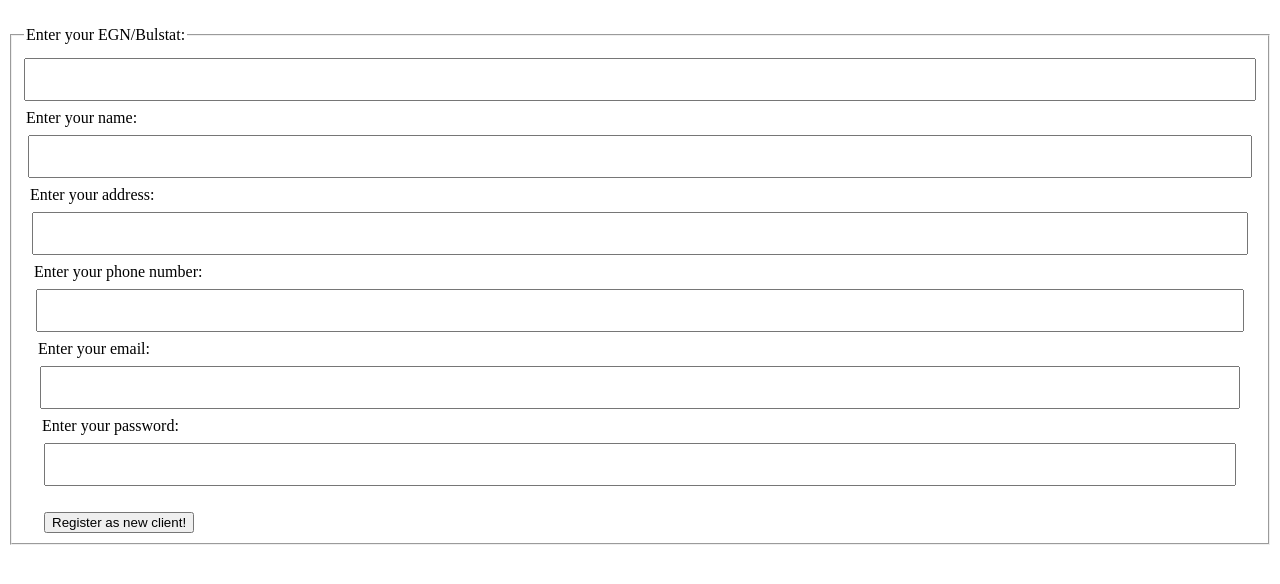
Repository: A-Mitev/E-Banking_Team_Project
Page: http://localhost/FiBank/WEB-INF/views/jsp/Register.jsp
These files come from the project's save history. The page is drawn as it stood at one moment and after the next save; the edit follows.
The browser window is 1280 px wide. The pictures show the whole page.
The page is served by Tomcat 9. Nobody is signed in. Other server files are loaded and not shown. The template is opened directly, without the code that normally fills it, so the values that code supplies are empty.

Above is the page before, as saved 2016-04-05 20:06:43.

### FiBank/src/main/webapp/WEB-INF/views/jsp/Register.jsp
<%@page import="javax.servlet.descriptor.TaglibDescriptor"%>
<%@ page language="java" contentType="text/html; charset=UTF-8"
	pageEncoding="UTF-8"%>
<%@ taglib prefix="springForm"
	uri="http://www.springframework.org/tags/form"%>
<!DOCTYPE html PUBLIC "-//W3C//DTD HTML 4.01 Transitional//EN" "http://www.w3.org/TR/html4/loose.dtd">
<html>
<head>
<style>
input[type=text] {
    width: 100%;
    padding: 12px 20px;
    margin: 8px 0;
    box-sizing: border-box;
}
</style>
<meta http-equiv="Content-Type" content="text/html; charset=UTF-8">
<title>Register Page</title>
</head>
<body>
	 ${text}
	<br />
	<springForm:form method="post" commandName="user" >
	<fieldset>
		<legend>Enter your EGN/Bulstat:</legend>
		<springForm:input type="text" path="id" />
		<br />
		<legend>Enter your name:<legend/>
		<springForm:input type="text" path="name" />
		<br />
		<legend>Enter your address:<legend/>
		<springForm:input type="text" path="address" />
		<br />
		<legend>Enter your phone number:<legend/>
		<springForm:input type="text" path="phone" />
		<br />
		<legend>Enter your email:<legend>
		<springForm:input type="text" path="email" />
		<br />
		<legend>Enter your password:<legend>
		<springForm:input type="text" path="password" />
		<br />
		<br />
		<input type="submit" value="Register as new client!" />
		</fieldset>
	</springForm:form>
</body>
</html>

After the next save:
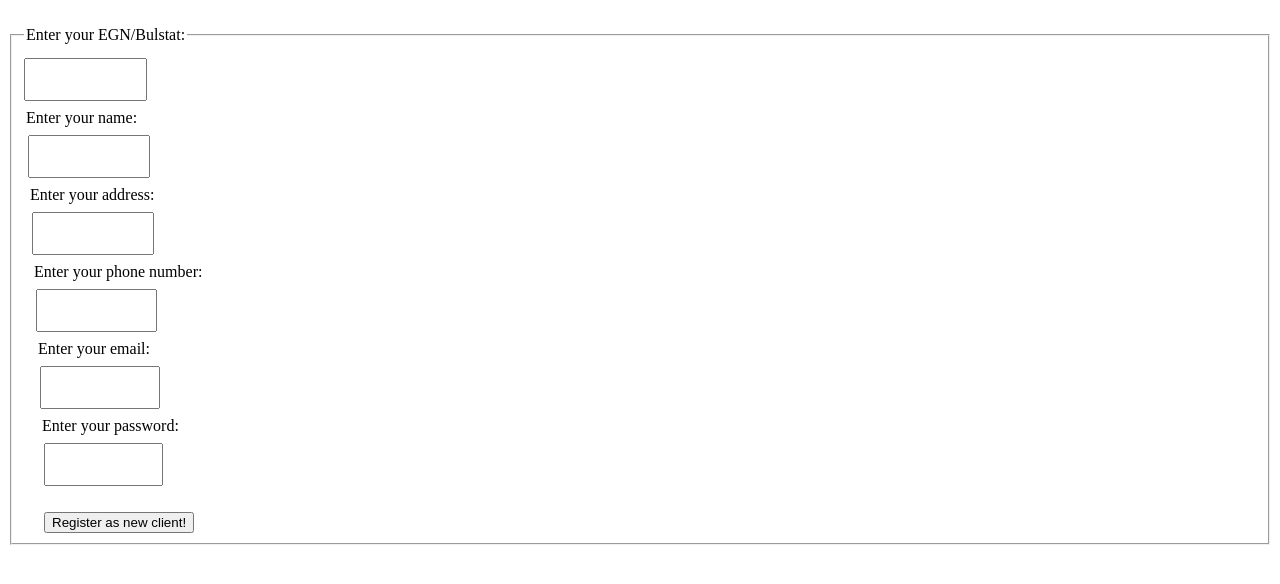
Saved 27 s later.
--- a/FiBank/src/main/webapp/WEB-INF/views/jsp/Register.jsp
+++ b/FiBank/src/main/webapp/WEB-INF/views/jsp/Register.jsp
@@ -8,7 +8,7 @@
 <head>
 <style>
 input[type=text] {
-    width: 100%;
+    width: 10%;
     padding: 12px 20px;
     margin: 8px 0;
     box-sizing: border-box;

After the save that followed:
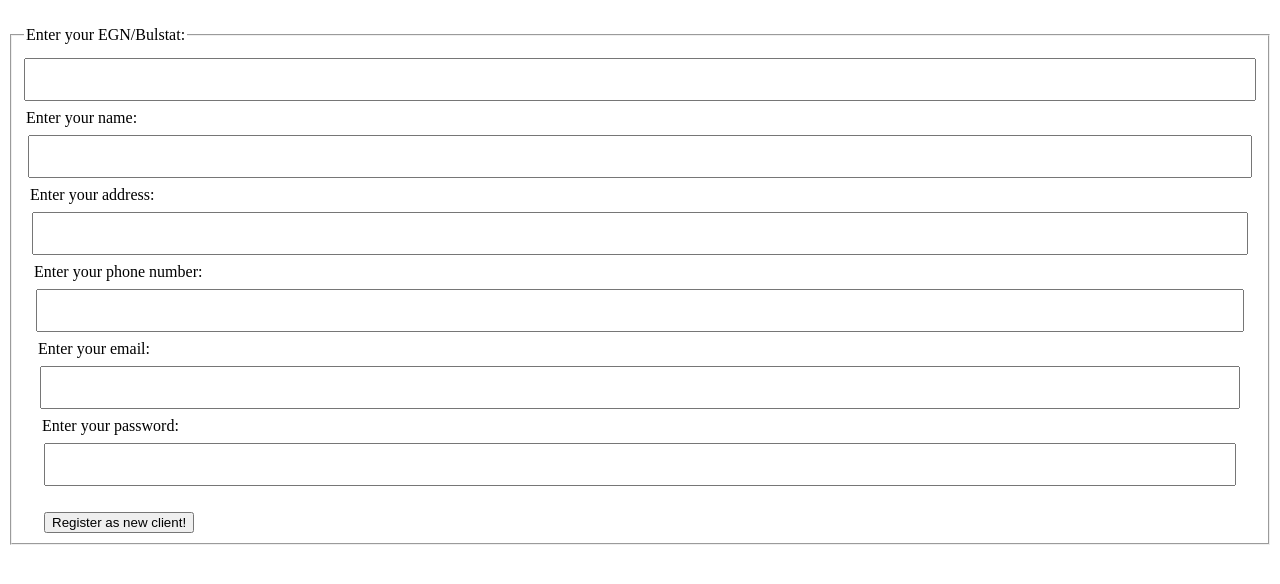
Saved 2 min 20 s later.
--- a/FiBank/src/main/webapp/WEB-INF/views/jsp/Register.jsp
+++ b/FiBank/src/main/webapp/WEB-INF/views/jsp/Register.jsp
@@ -8,7 +8,7 @@
 <head>
 <style>
 input[type=text] {
-    width: 10%;
+    width: 100%;
     padding: 12px 20px;
     margin: 8px 0;
     box-sizing: border-box;
@@ -21,7 +21,7 @@
 	 ${text}
 	<br />
 	<springForm:form method="post" commandName="user" >
-	<fieldset>
+	<fieldset width: 10%>
 		<legend>Enter your EGN/Bulstat:</legend>
 		<springForm:input type="text" path="id" />
 		<br />
